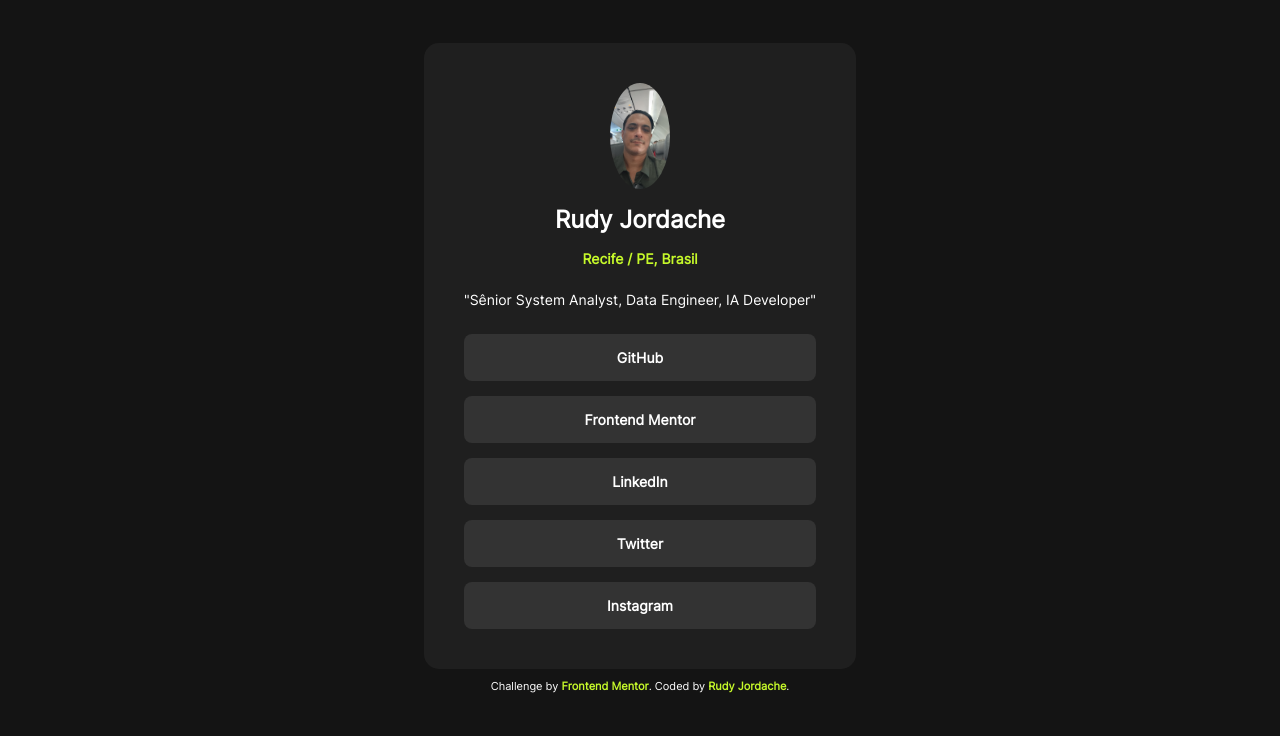
Repository: RudyJ/social-links-profile
Page: index.html
An editor plug-in stored every save of this project. The page is shown before and after the next save, followed by the edit.
The browser window is 1280 px wide. The pictures show the whole page.

Above is the page before, as saved 2024-04-02 20:27:52.

After the next save:
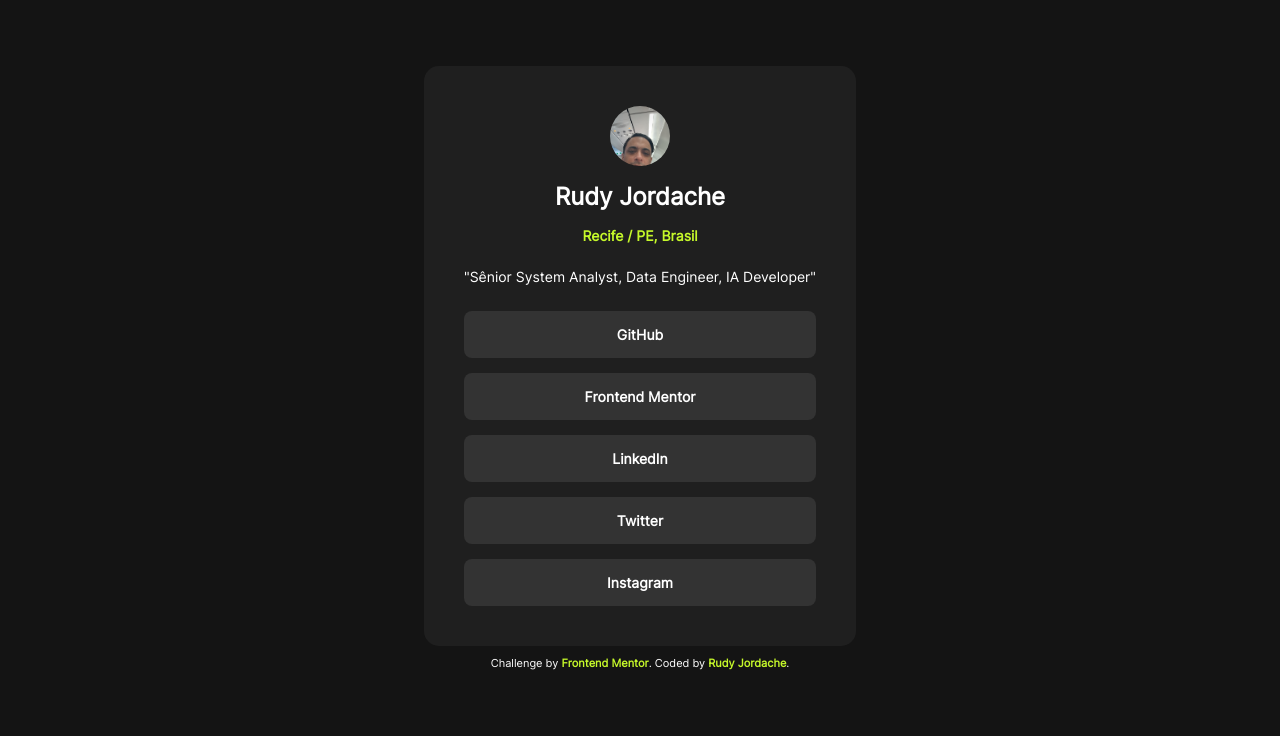
Saved 14 s later.
--- a/assets/css/style.css
+++ b/assets/css/style.css
@@ -30,6 +30,7 @@ body .card {
 
 body .card .imagem {
     width: 60px;
+    height: 60px;
     border-radius: 50%;
     overflow: hidden;
     display: block;
